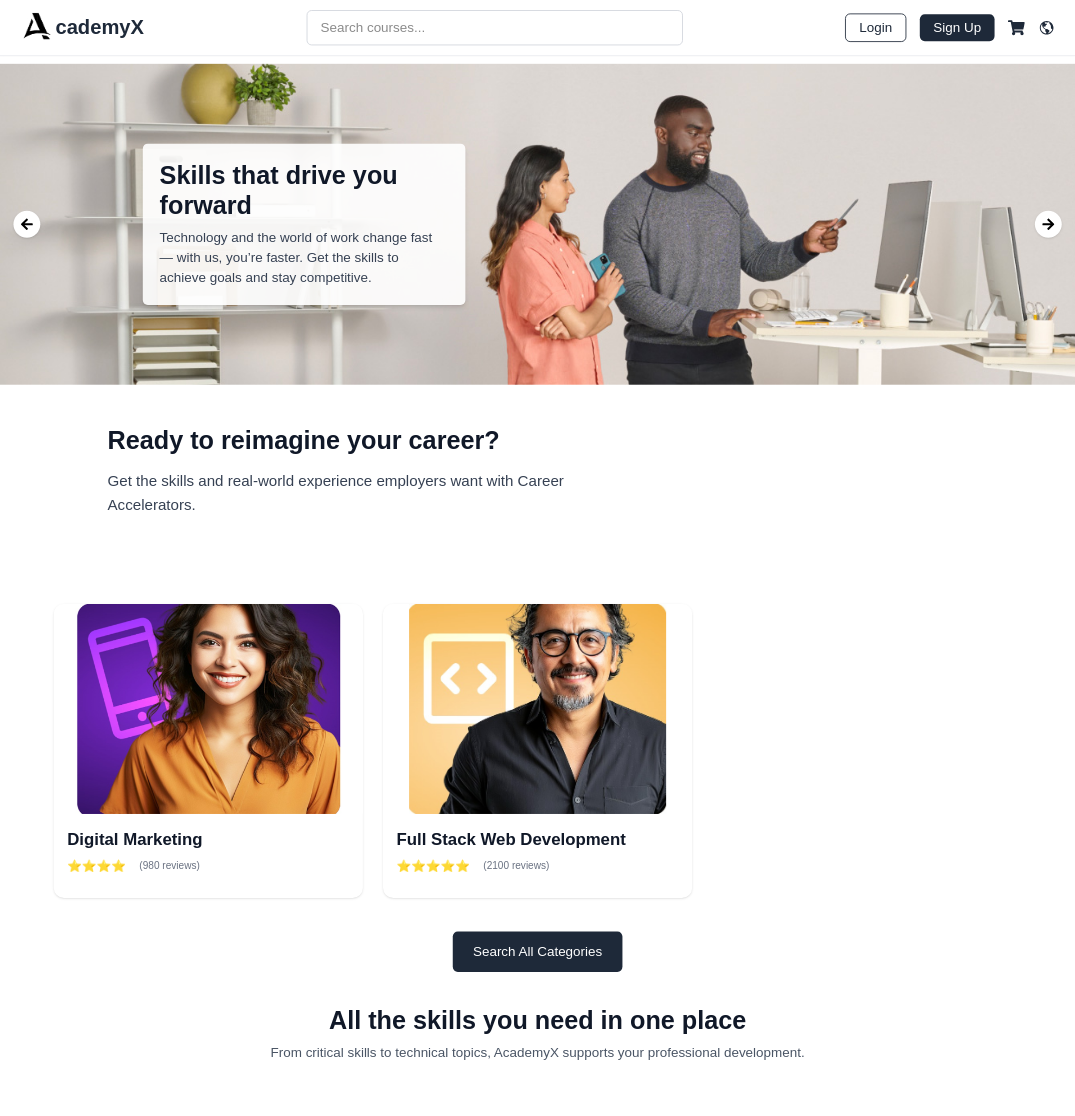
Repository: MohamedSalah54/full-stack-e-learning
Page: / (app in frontend/)
An editor plug-in stored every save of this project. The page is shown before and after a run of saves, followed by the edit.
The browser window is 1280 px wide. The pictures show the whole page, at 84% of full size.
The project was rebuilt for these pictures with package versions that can differ from the ones it lists, and the page was loaded fresh each time. The framework's server and built-in components were replaced by stand-ins that run in the browser. Also part of the build but not shown: frontend/next.config.ts.

Above is the page before, as saved 2025-06-15 14:24:30.

### frontend/src/app/layout.tsx
import type { Metadata } from "next";
import { Geist, Geist_Mono } from "next/font/google";
import "./globals.css";
import { Providers } from "@/app/providers";
import Navbar from "@/components/Navbar";

const geistSans = Geist({
  variable: "--font-geist-sans",
  subsets: ["latin"],
});

const geistMono = Geist_Mono({
  variable: "--font-geist-mono",
  subsets: ["latin"],
});

export const metadata: Metadata = {
  title: "Create Next App",
  description: "Generated by create next app",
};

export default function RootLayout({
  children,
}: Readonly<{
  children: React.ReactNode;
}>) {
  return (
    <html lang="en">
      <body
        className={`${geistSans.variable} ${geistMono.variable} antialiased`}
      >
        <Navbar/>
        <Providers>{children}</Providers>

      </body>
    </html>
  );
}

### frontend/src/app/page.tsx
import HeroBannerSlider from "@/components/home/HeroBannerSlider"
import HeroCategories from "@/components/home/HeroCategories"

const Home = () => {
  return (
    <main className="flex flex-col items-center justify-center">
        <HeroBannerSlider/>
        <HeroCategories/>
    </main>
  )
}

export default Home

### frontend/src/app/providers.jsx
'use client';

import { Provider } from 'react-redux';
import { store } from '@/redux/store/store';
export function Providers({ children }) {
  return <Provider store={store}>{children}</Provider>;
}

### frontend/src/components/Navbar.tsx
'use client';
import { FaShoppingCart } from 'react-icons/fa';
import { IoMdGlobe } from 'react-icons/io';
import { useRouter } from 'next/navigation';

export default function Navbar() {
  const router = useRouter();
  return (
    <nav className="bg-white shadow-sm border-b border-gray-200 py-3 px-6">
      <div className="max-w-7xl mx-auto flex items-center justify-between">
        {/* Left - Logo */}
        <div className="flex items-center cursor-pointer" onClick={()=> router.push('/')}>
          <div className="relative h-10 w-10 mr-[-2px] " >
            <img
              src="/logo.png"
              alt="Logo"
              className="h-full w-full object-contain block"
            />
          </div>
          <span className="text-2xl font-bold text-gray-800 leading-none ml-1">
            cademyX
          </span>
        </div>

        {/* Middle - Search */}
        <div className="flex-1 max-w-md mx-4">
          <input
            type="text"
            placeholder="Search courses..."
            className="w-full border border-gray-300 rounded-md px-4 py-2 focus:outline-none focus:ring-1 focus:ring-gray-800"
          />
        </div>

        {/* Right - Buttons */}
        <div className="flex items-center space-x-4">
          <button className="px-4 py-1 border border-gray-800 text-gray-800 rounded-md hover:bg-gray-100 transition cursor-pointer" onClick={()=>router.push('/auth/login')}>
            Login
          </button>
          <button className="px-4 py-1 bg-gray-800 text-white rounded-md hover:bg-gray-700 transition cursor-pointer" onClick={()=>router.push('/auth/register')} >
            Sign Up
          </button>
          <FaShoppingCart className="text-gray-800 text-xl cursor-pointer hover:scale-110 transition " />
          <IoMdGlobe className="text-gray-800 text-xl cursor-pointer hover:scale-110 transition " />
        </div>
      </div>
    </nav>
  );
}

### frontend/src/components/home/HeroBannerSlider.tsx
"use client";

import React, { useState } from "react";
import { FaArrowLeft, FaArrowRight } from "react-icons/fa";
import { heroSlides } from "@/constants";

const slides = heroSlides

const HeroBannerSlider = () => {
  const [current, setCurrent] = useState(0);

  const nextSlide = () => {
    setCurrent((prev) => (prev + 1) % slides.length);
  };

  const prevSlide = () => {
    setCurrent((prev) => (prev - 1 + slides.length) % slides.length);
  };

  return (
    <>
 <section className="w-full h-[400px] relative overflow-hidden bg-white">
  {/* Image with transition */}
  <div className="w-full h-full relative">
    {slides.map((slide, index) => (
      <img
        key={index}
        src={slide.image}
        alt="Hero"
        className={`absolute top-0 left-0 w-full h-full object-contain transition-opacity duration-700 ${
          index === current ? "opacity-100 z-10" : "opacity-0 z-0"
        }`}
      />
    ))}
  </div>

  {/* Text box inside image */}
  <div className="absolute top-1/2 left-[170px] transform -translate-y-1/2 z-30">
    <div className="bg-white/90 p-5 rounded-md max-w-sm shadow-md">
      <h1 className="text-2xl lg:text-3xl font-bold text-gray-900 mb-2">
        {slides[current].title}
      </h1>
      <p className="text-gray-700 text-base">{slides[current].description}</p>
    </div>
  </div>

  {/* Arrows */}
  <button
    onClick={prevSlide}
    className="absolute top-1/2 left-4 transform -translate-y-1/2 bg-white text-black p-2 rounded-full shadow hover:bg-gray-200 z-40"
  >
    <FaArrowLeft />
  </button>
  <button
    onClick={nextSlide}
    className="absolute top-1/2 right-4 transform -translate-y-1/2 bg-white text-black p-2 rounded-full shadow hover:bg-gray-200 z-40"
  >
    <FaArrowRight />
  </button>
</section>

{/* New text below the image section */}
<div className="w-full text-left py-10 bg-white pl-32">
  <h1 className="text-3xl font-bold text-gray-900 mb-4">Ready to reimagine your career?</h1>
  <p className="text-lg text-gray-700 max-w-xl">
Get the skills and real-world experience employers want with Career Accelerators.
  </p>
</div>


</>

  );
};

export default HeroBannerSlider;

### frontend/src/components/home/HeroCategories.tsx
import { heroCategories } from "@/constants";

const HeroCategories = () => {
    const categories = heroCategories
    return (
        <section className="w-full py-16 px-4 bg-white">
            {/* Cards */}
            <div className="max-w-6xl mx-auto grid grid-cols-1 sm:grid-cols-2 md:grid-cols-3 gap-6">
                {categories.map((cat, index) => (
                    <div key={index} className="bg-white rounded-xl overflow-hidden shadow hover:shadow-lg transition min-h-[350px]">
                        <img src={cat.image} alt={cat.title} className="w-full h-[250px] object-contain bg-white" />
                        <div className="p-4">
                            <h3 className="text-xl font-semibold text-gray-900 mb-2">{cat.title}</h3>
                            <p className="text-sm text-gray-600 flex items-center gap-2">
                                {"⭐".repeat(Math.round(cat.rating))}
                                <span className="text-xs text-gray-500 ml-2">({cat.reviews} reviews)</span>
                            </p>
                        </div>
                    </div>

                ))}
            </div>

            {/* Search button */}
            <div className="flex justify-center mt-10">
                <button className="bg-gray-800 text-white px-6 py-3 rounded-md hover:bg-gray-700 transition cursor-pointer">
                    Search All Categories
                </button>
            </div>

            {/* Heading + Span */}
            <div className="text-center mt-10">
                <h1 className="text-3xl font-bold text-gray-900 mb-2">All the skills you need in one place</h1>
                <span className="text-gray-600 text-base">From critical skills to technical topics, AcademyX supports your professional development.</span>
            </div>
        </section>
    );
};

export default HeroCategories;

### frontend/src/constants/index.ts
//Home Page
export const heroSlides = [
    {
        image: "/banner1.jpg",
        title: "Skills that drive you forward",
        description: "Technology and the world of work change fast — with us, you’re faster. Get the skills to achieve goals and stay competitive.",
    },
    {
        image: "/banner2.jpg",
        title: "Learning that gets you",
        description: "Skills for your present (and your future). Get started with us.",
    },
];

export const heroCategories = [

    {
        title: "Digital Marketing",
        image: "/digital-marketing.jpg",
        rating: 4.0,
        reviews: 980,
    },
    {
        title: "Full Stack Web Development",
        image: "/full-stack.jpg",
        rating: 5.0,
        reviews: 2100,
    },
];

Loaded but not shown: frontend/src/app/globals.css (common file); frontend/src/redux/store/store.ts (common file)

After the next 5 saves:
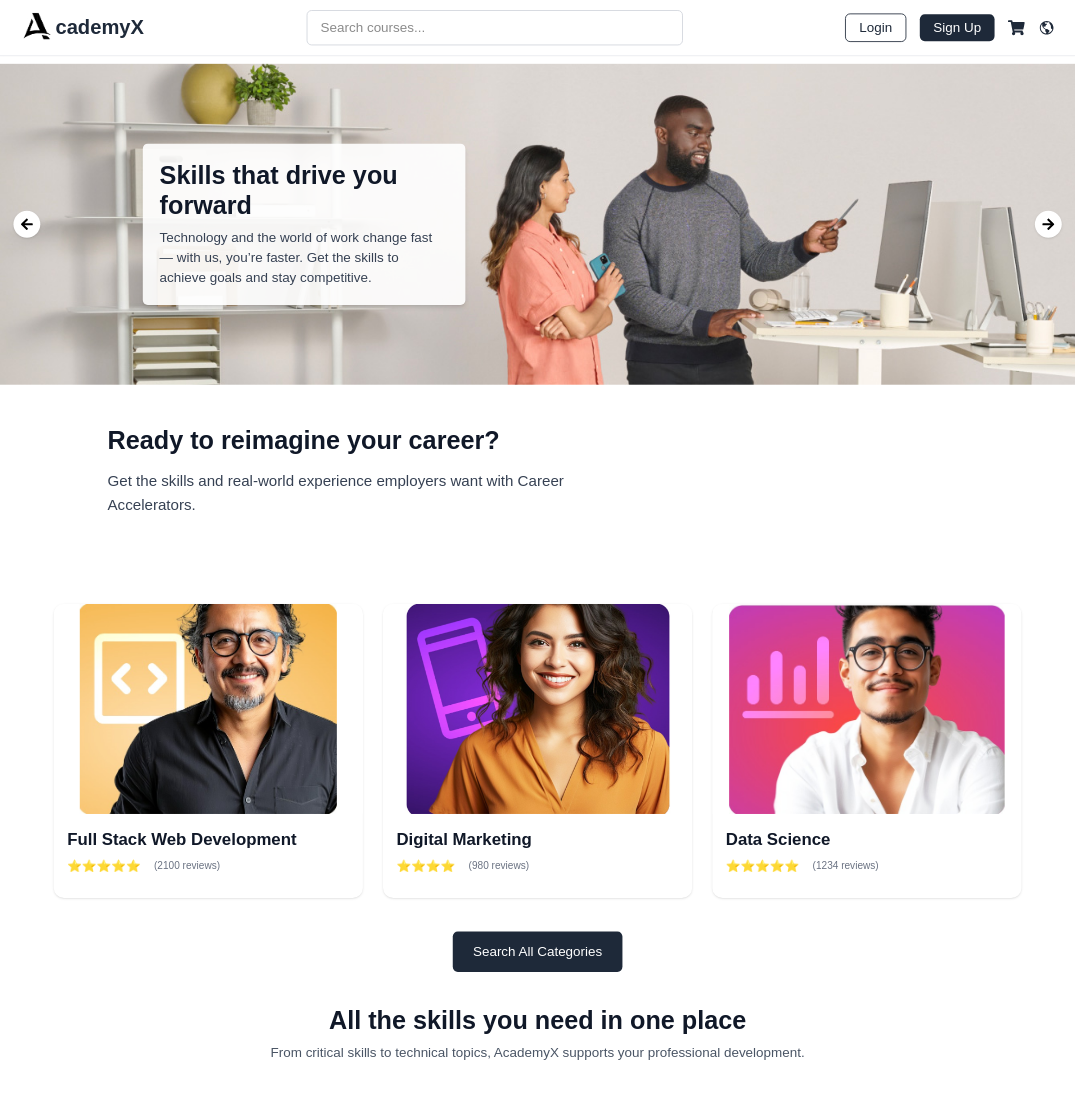
The 5 saves are shown as one change because they came seconds apart.
The last was saved 14 s later.
--- a/frontend/src/constants/index.ts
+++ b/frontend/src/constants/index.ts
@@ -13,7 +13,12 @@
 ];
 
 export const heroCategories = [
-
+    {
+        title: "Full Stack Web Development",
+        image: "/full-stack.jpg",
+        rating: 5.0,
+        reviews: 2100,
+    },
     {
         title: "Digital Marketing",
         image: "/digital-marketing.jpg",
@@ -21,9 +26,9 @@
         reviews: 980,
     },
     {
-        title: "Full Stack Web Development",
-        image: "/full-stack.jpg",
-        rating: 5.0,
-        reviews: 2100,
+        title: "Data Science",
+        image: "/data-science.jpg",
+        rating: 4.5,
+        reviews: 1234,
     },
 ];
